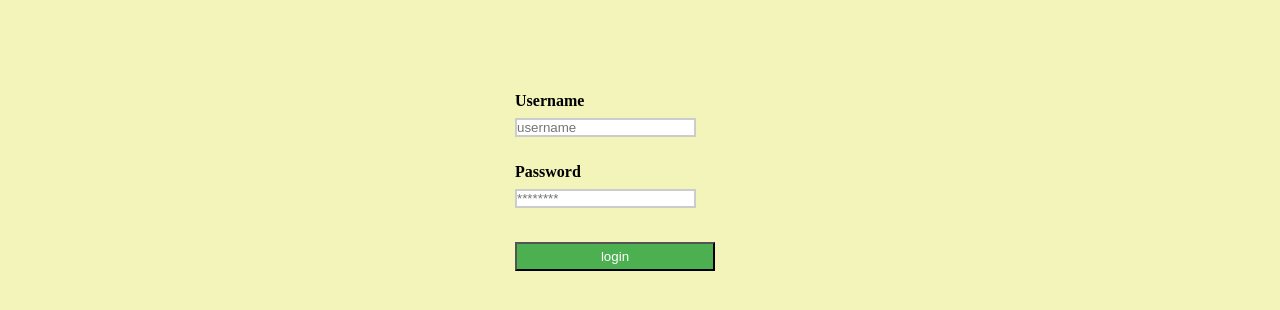
Repository: SriMerla/ServletsAndJsps
Page: http://localhost/WebApplicationProject/roles.jsp
The author's editor kept a copy of each file at every save. The page is drawn from the files as they stood at one save, then again after the next save.
The browser window is 1280 px wide. The pictures show the whole page.
The page is served by Tomcat 9. Other server files are loaded and not shown.

Above is the page before, as saved 2020-01-30 04:04:34.

### Servlets/WebApplicationProject/WebContent/roles.jsp
<%@ page language="java" contentType="text/html; charset=ISO-8859-1"
    pageEncoding="ISO-8859-1"%>
     <%@page import="java.sql.*" %>
<!DOCTYPE html PUBLIC "-//W3C//DTD HTML 4.01 Transitional//EN" "http://www.w3.org/TR/html4/loose.dtd">
<html>
<head>
<meta http-equiv="Content-Type" content="text/html; charset=ISO-8859-1">
<title>Roles</title>
<link rel="stylesheet" type="text/css" href="global.css">
</head>
<body>
  <div class="form-container">
  <form action="roles">
   <b>Username</b> <br>
   <input type="text" name="username" placeholder="username"><br><br>
   <b>Password</b> <br>
   <input type="password" name="password" placeholder="********"><br><br>
   <input type="submit" value="login">

  </form>

  </div>
</body>
</html>

### Servlets/WebApplicationProject/WebContent/global.css
@CHARSET "ISO-8859-1";
*{
	margin:0;
	padding:0;
}
body{
	background-color: #f2f4b9;
	padding-top: 10vh;
}

.form-container{
	width:250px;
	height: auto;
	padding: 20px 30px;
	backgroung-color: #fff;
	border-radius:10px;
	box-shadow: 0 0 10px 0 #0000;
	margin: auto;
}

input[type=text], input[type=password]{
	width: 1000%
	padding: 5px 20px;
	margin: 8px 0px;
	display: inline-block;
	border: 2px solid #ccc;
	box-sizing: border-box;
}

input[type=submit]{

	background-color: #4CAF50;
	color: white;
	padding: 5px 20px;
	margin: 8px 0;
	cursor: pointer;
	width: 80%;

}

After the next save:
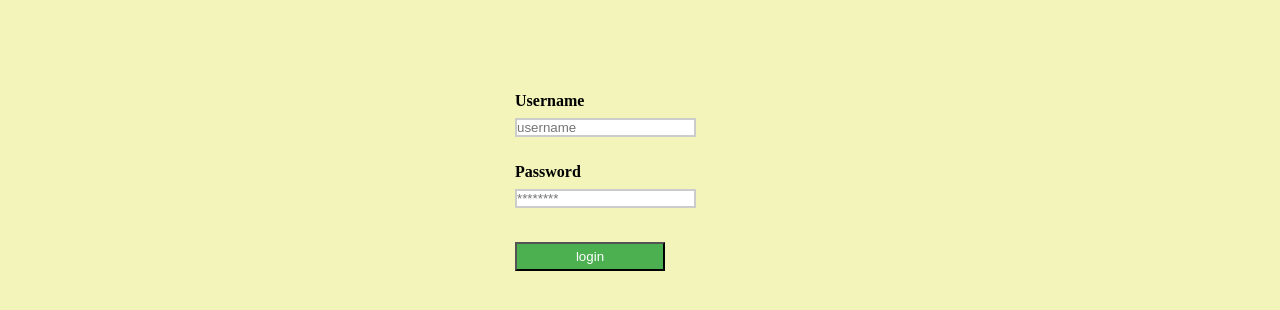
Saved 7 s later.
--- a/Servlets/WebApplicationProject/WebContent/global.css
+++ b/Servlets/WebApplicationProject/WebContent/global.css
@@ -34,6 +34,6 @@ input[type=submit]{
 	padding: 5px 20px;
 	margin: 8px 0;
 	cursor: pointer;
-	width: 80%;
+	width: 60%;
 
 }
